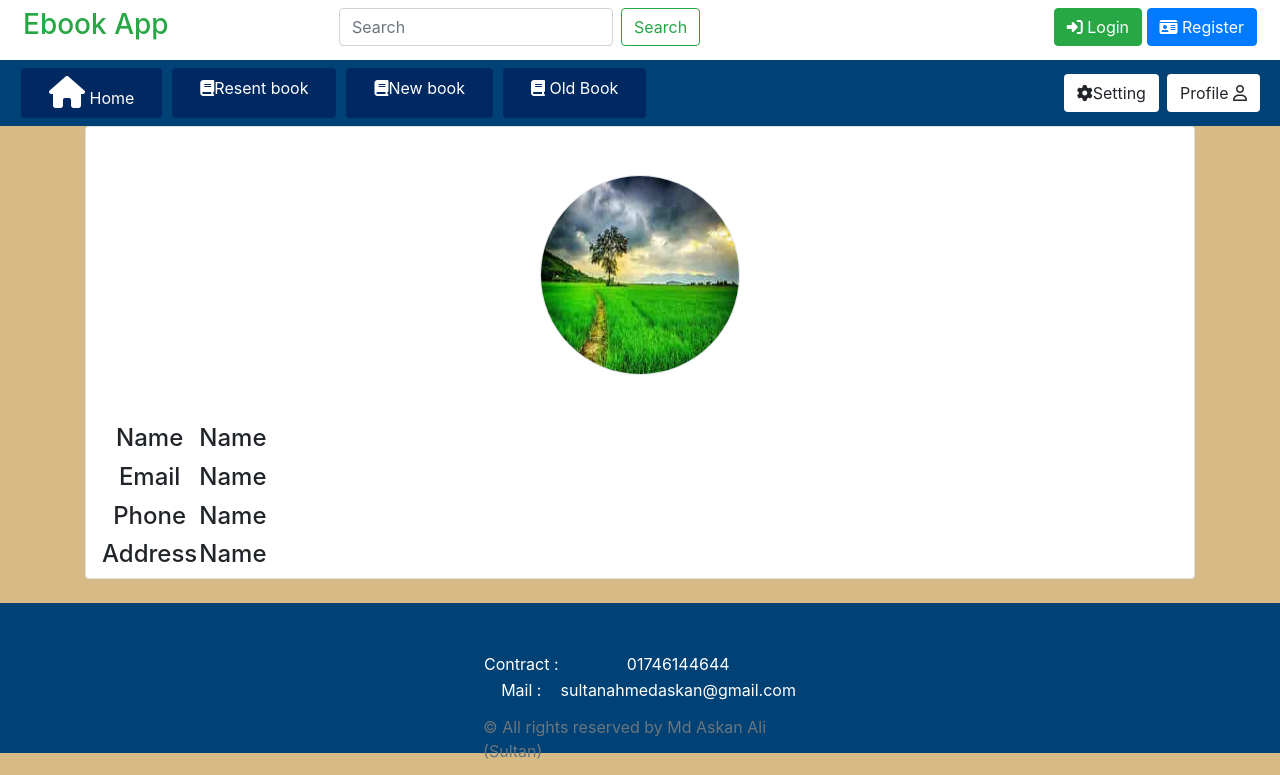
Repository: sultanaskan/EbookApp
Page: http://localhost/ebook/profile.jsp
These files come from the project's save history. The page is drawn as it stood at one moment and after the next save; the edit follows.
The browser window is 1280 px wide. The pictures show the whole page.
The page is served by Tomcat 9.

Above is the page before, as saved 2024-05-06 08:07:00.

After the next save:
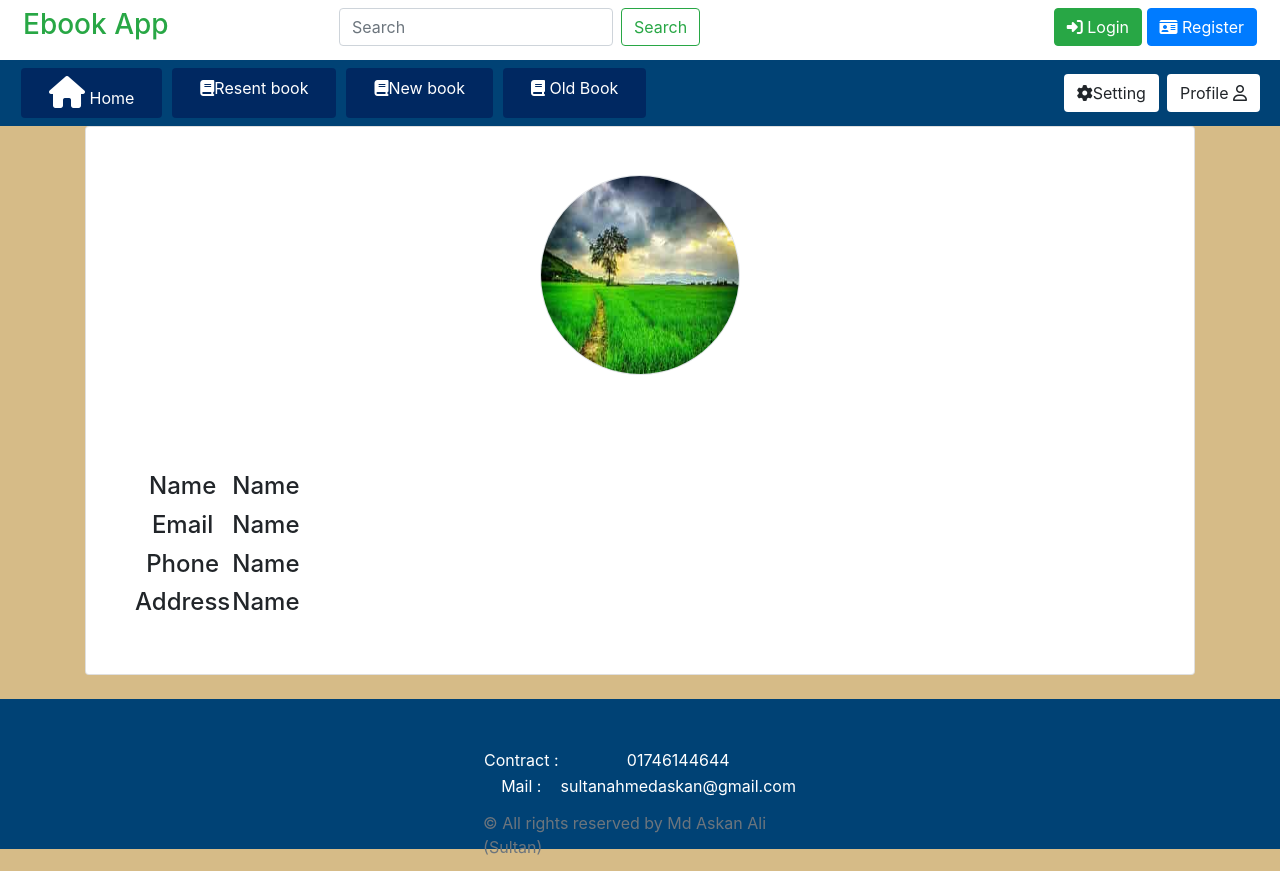
Saved 8 s later.
--- a/ebook/src/main/webapp/profile.jsp
+++ b/ebook/src/main/webapp/profile.jsp
@@ -31,7 +31,7 @@
 
 			</div>
 
-			<div class="text-center col-6 p-10">
+			<div class="text-center col-6 p-5">
 				<table class="p-10">
 					<tr>
 						<td><h4>Name</h4></td>
